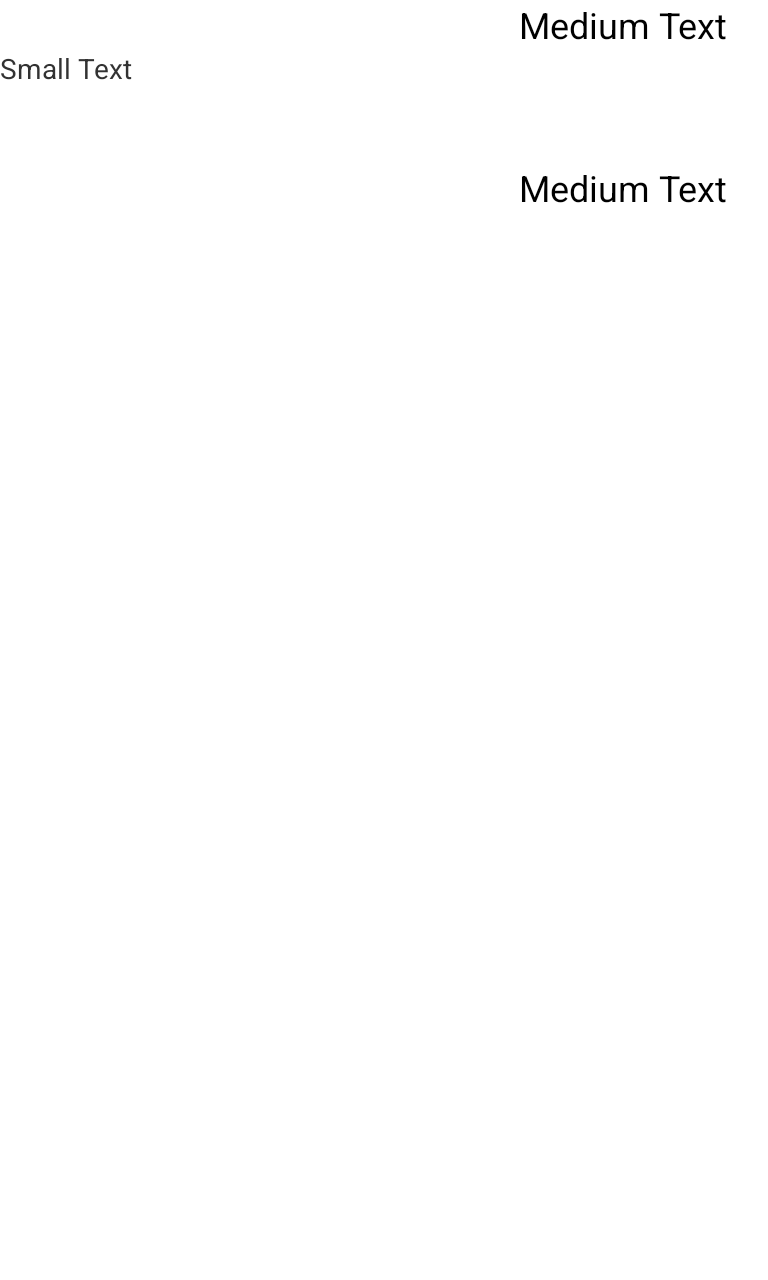
Repository: yash256/atnt
Layout: Farmdroid/res/layout/market_details.xml
The author's editor kept a copy of each file at every save. The layout is drawn from the files as they stood at one save, then again after the next save.
It is drawn on a 768 x 1280 px phone screen (xhdpi) without system bars, with theme AppTheme; the app's code is not run. Lists and similar views that code fills are empty.

Above is the layout before, as saved 2014-10-29 00:30:07.

After the next save:
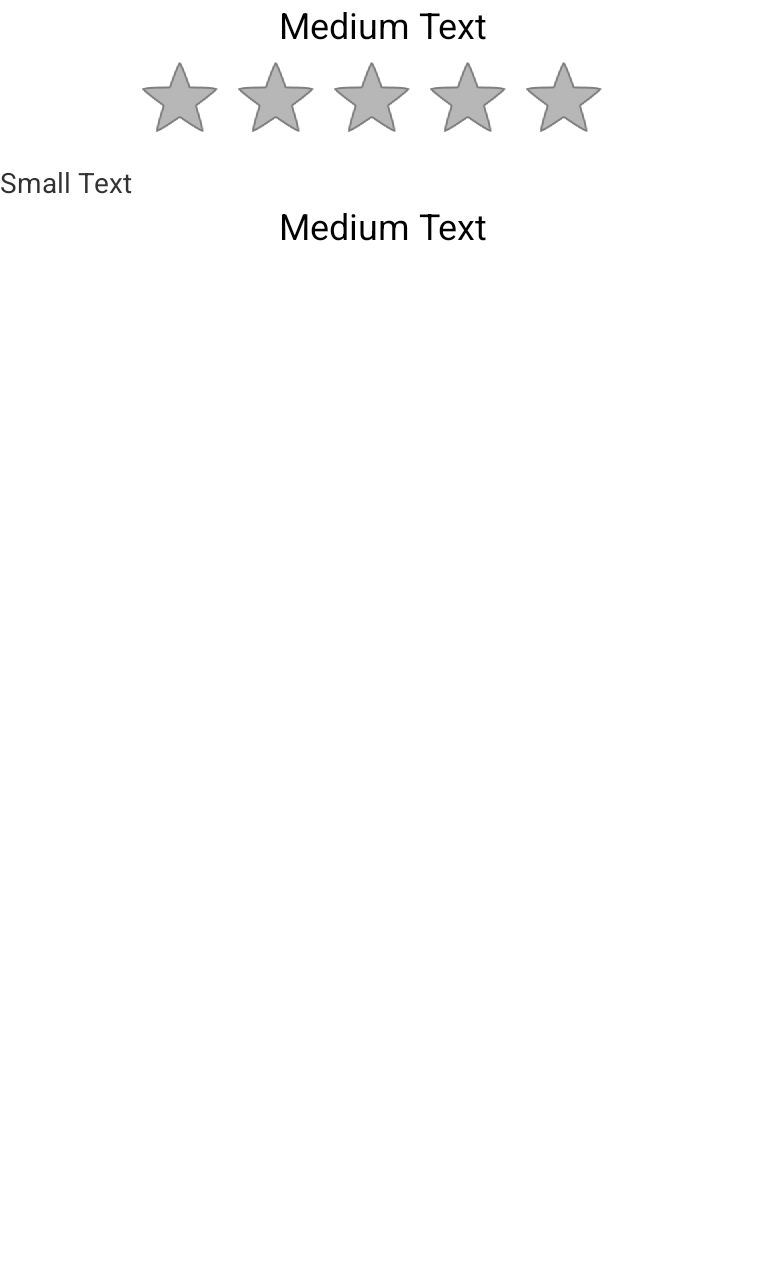
Saved 56 s later.
--- a/Farmdroid/res/layout/market_details.xml
+++ b/Farmdroid/res/layout/market_details.xml
@@ -22,17 +22,20 @@
 
         <TextView
             android:id="@+id/market_address"
+            android:layout_row="2"
             android:layout_columnSpan="4"
             android:text="Small Text"
             android:textAppearance="?android:attr/textAppearanceSmall" />
 
         <RatingBar
             android:id="@+id/ratingBar1"
+            android:layout_row="2"
             android:layout_columnSpan="4" />
 
 
          <TextView
             android:id="@+id/top_items"
+            android:layout_row="3"
             android:layout_columnSpan="8"
             android:layout_gravity="center_horizontal"
             android:text="Medium Text"
@@ -43,6 +46,8 @@
         android:layout_width="match_parent"
         android:layout_height="wrap_content"
         android:layout_below="@+id/topItems"
+        android:layout_row="4"
+        android:layout_columnSpan="8"
         >
     </ListView>
 
